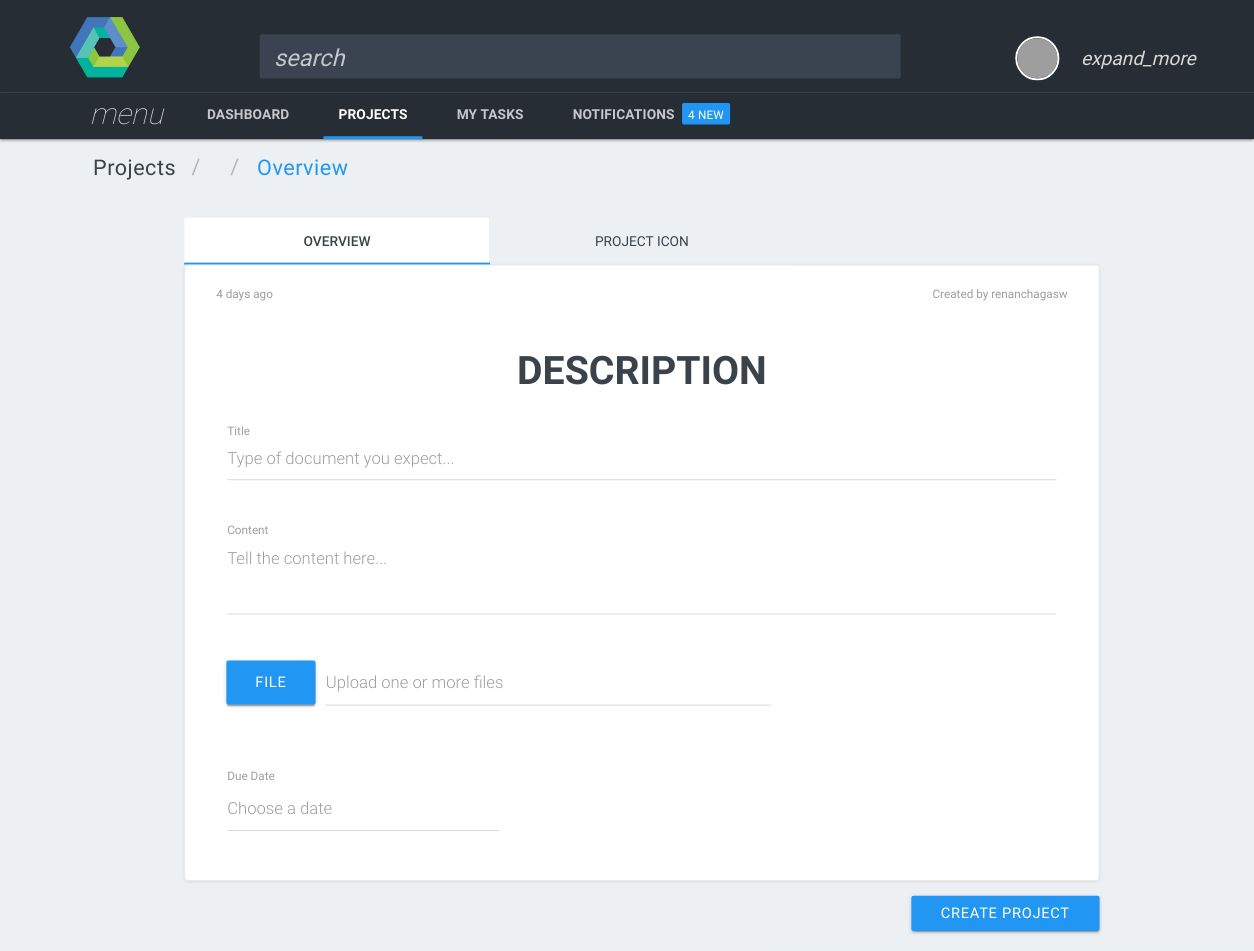
Repository: RenanChagas/ProjectManagement
Page: http://localhost/finalproject/WEB-INF/views/projectDetail.jsp
An editor plug-in stored every save of this project. The page is shown before and after the next save, followed by the edit.
The browser window is 1280 px wide. The pictures show the whole page, at 98% of full size.
Pictures or frames that could not be fetched are drawn as grey boxes. The page is served by Tomcat 9. Nobody is signed in. Other server files are loaded and not shown. The template is opened directly, without the code that normally fills it, so the values that code supplies are empty.

Above is the page before, as saved 2017-09-11 01:32:14.

### finalproject/src/main/webapp/WEB-INF/views/projectDetail.jsp
<%@ page language="java" contentType="text/html; charset=ISO-8859-1" pageEncoding="ISO-8859-1"%>
<%@ taglib prefix="c" uri="http://java.sun.com/jsp/jstl/core"%>
<%@ taglib prefix="form" uri="http://www.springframework.org/tags/form"%>
<%@ taglib prefix="t" uri="http://www.springframework.org/tags"%>
<%@ taglib prefix="fmt" uri="http://java.sun.com/jsp/jstl/fmt" %>

<!DOCTYPE html>
<html lang="en">
<head>
  <meta http-equiv="Content-Type" content="text/html; charset=UTF-8"/>
  <meta name="viewport" content="width=device-width, initial-scale=1, maximum-scale=1.0"/>
  <title>Project Management</title>

  <!-- CSS  -->
  <link href="https://fonts.googleapis.com/icon?family=Material+Icons" rel="stylesheet">
  <link type="text/css" rel="stylesheet" media="screen,projection" href="<c:url value='/static/css/materialize.css' />"/>
  <link type="text/css" rel="stylesheet" media="screen,projection" href="<c:url value='/static/css/custom-css.css' />"/>

  <!--  Scripts-->
  <script src="<c:url value="/static/js/jquery-2.1.1.min.js" />"></script>
  <script src="<c:url value="/static/js/materialize.js" />"></script>
  <script src="<c:url value="/static/js/menu.js" />"></script>

  <!-- Website Logo -->
  <link rel="icon" href="<c:url value="/static/images/default/logo.png"/>">

  <script type="text/javascript">
    $(document).ready(function() {

      $('.datepicker').pickadate({
        selectMonths: true, // Creates a dropdown to control month
        selectYears: 15, // Creates a dropdown of 15 years to control year,
        today: 'Today',
        clear: 'Clear',
        close: 'Ok',
        format: 'dd/mm/yyyy',
        closeOnSelect: false // Close upon selecting a date,
      });

      $('#textareaOverview').trigger('autoresize');

    });
  </script>

</head>
<body>

	<!-- NAV TOP  -->
	<nav id="logo_nav" class="MDC-navbar-style MDC-shadow-0 hide-on-small-and-down">
    	<div class="nav-wrapper MDC-nav-margin">
    		<!--  NAV CONTAINER -->
      		<div class="row MDC-nav-top-container ">

        	<!-- Logo -->
        	<div class="col s12 m3 l2">
          		<div class="MDC-nav-logo-position">
          			<img src="<c:url value="/static/images/default/logo.png"/>" class="MDC-nav-logo-size"/>
          		</div>
        	</div>

        	<!-- Search -->
        	<div class="col s12 m7 l7">
          		<div class="MDC-nav-search-position">
            	<form>
              		<div class="input-field">
                		<input id="search" type="search" class="MDC-nav-search-focus" required>
                		<label class="label-icon" for="search"><i class="material-icons MDC-nav-search-focus">search</i></label>
                  		<i class="material-icons MDC-nav-search-focus">close</i>
              		</div>
            	</form>
          		</div>
        	</div>

        	<!-- Avatar -->
        	<div class="col s12 m2 l3">
          		<div class="MDC-nav-account-position">
	            	<!-- Dropdown Trigger -->
	            	<a class="dropdown-button " data-beloworigin="true"
	               		href='#' data-activates='account-dropdown'>
	               		<div class="MDC-nav-account-option-position hide-on-med-and-down">
	                		 <i class="material-icons MDC-icon-small MDC-color-grey-light">expand_more</i>
	               		</div>
	               		<span class="MDC-login-text MDC-nav-account-text-position
	               					MDC-color-grey-light hide-on-med-and-down">
	                 	${user.username}
	               		</span>
	               		<img src="<c:url value="/static/images/avatar/${user.username}/${user.username}.png"/>"
	               				class="MDC-avatar-circle-small mdc-nav-avatar-position"/>
	            	</a>
	            	<!-- Dropdown Structure -->
	            	<ul id='account-dropdown' class='dropdown-content MDC-nav-account-dropdown-position'>
	              		<li><a id="profile" class="modal-trigger MDC-color-grey-dark-2 MDC-font-15" href="profile">Profile</a></li>
	              		<li><a class="MDC-color-grey-dark-2 MDC-font-15" href="#!">Report a Problem</a></li>
	              		<li class="divider"></li>
	              		<li><a class="MDC-color-grey-dark-2 MDC-font-15" href="logout">Logout</a></li>
	            	</ul>
          		</div>
        	</div>

			</div>
			<!--  NAV CONTAINER - END-->
		</div>
	</nav>
	<!-- NAV TOP - END -->

  <!-- NAV MENU  -->
  <div class="MDC-menu-fullWidth">
    <div class="MDC-shadow-bottom">
      <header class="MDC-shadow-bottom">
        <nav id="menu_nav" class="MDC-navbar-menu-size MDC-navbar-style MDC-shadow-0 MDC-nav-margin">
          <div class="nav-wrapper MDC-nav-margin MDC-left">
            <!-- MENU ROW -->
            <div class="row">
              <div class="col">
                <div class="MDC-nav-menu-container">

                  <ul id="nav-mobile" class="MDC-nav-menu-ul left left-align">
                    <a href="#" id="mobile-icon" onclick="openNav()" class="left MDC-padding-mobile-0
                    MDC-hover-none">
                      <i class="material-icons MDC-nav-tabs-icon MDC-color-grey-light">
                        menu
                      </i>
                    </a>
                    <li class="MDC-navbar-menu"><a href="dashboard">Dashboard</a></li>
                    <li class="MDC-navbar-menu"><a class="active MDC-navbar-active" href="projects">Projects</a></li>
                    <li class="MDC-navbar-menu"><a href="#!">My Tasks</a></li>
                    <li class="MDC-navbar-menu"><a  href="#!">Notifications
                      <span class="new badge MDC-notification-badge-style" data-badge-caption="">
                        <font class="MDC-font-weight-400">4 NEW</font>
                      </span>
                      </a>
                    </li>
                  </ul>
                  <div id="mySidenav" class="MDC-sidenav">
                    <a href="javascript:void(0)" class="MDC-closebtn" onclick="closeNav()">x</a>
                    <a href="#">About</a>
                    <a href="#">Services</a>
                    <a href="#">Clients</a>
                    <a href="#">Contact</a>
                  </div>

                </div>
              </div>
            </div>
            <!-- MENU ROW - END -->
          </div>
        </nav>
      </header>
    </div>
  </div>
  <!-- NAV MENU - END -->

<!-- TITLE PAGE -->
<div class="row  MDC-page-center MDC-page-container">
  <div class="col MDC-padding-0 left">
    <div class="MDC-page-title-size">
      <font class="MDC-h5-style MDC-color-grey-dark-2 MDC-display-inline">Projects</font>
      <font class="MDC-h5-style MDC-color-grey-light-2 MDC-display-inline MDC-relative
                   MDC-news-counterBar-position">/
      </font>
      <font class="MDC-h5-style MDC-color-grey-dark-2 MDC-display-inline">${project.projectName}</font>
      <font class="MDC-h5-style MDC-color-grey-light-2 MDC-display-inline MDC-relative
                   MDC-news-counterBar-position">/
      </font>
      <font class="MDC-h5-style MDC-color-blue MDC-display-inline">Overview</font>
    </div>
  </div>
</div>
<!-- TITLE PAGE-END-->

<!-- CONTAINER-->
<form:form id="projectCreate-form" method="POST" modelAttribute="project" class="form-horizontal">
<div class="MDC-page-center MDC-page-container MDC-margin-top40">
	<div class="row MDC-float-none">
     	<!-- CONTEUDO -->
        <div class="col l10 MDC-padding-0 MDC-page-center MDC-float-none">
        <!-- TABS -->
        	<ul id="tabs-swipe" class="tabs MDC-tabs-style MDC-background-color">
            	<li class="tab col s4 MDC-background-color-white MDC-display-flex">
                	<a class="active MDC-color-grey-dark-2 breadcrumb" href="#overview-tab">Overview</a>
                </li>
                <li class="tab col s4 MDC-background-color MDC-display-flex">
                    <a class="MDC-color-grey-dark-2 breadcrumb" href="#chooseIcon-tab">Project Icon</a>
                </li>
			</ul>
            <!-- TABS-END -->
            <!-- OVERVIEW TAB -->
           	<div id="overview-tab">
            	<!-- CARD TAB -->
              	<div class="col s12 MDC-card">
                	<div class="MDC-card-news-container">

                		<!-- User Information -->
                        <div class="row MDC-margin-bottom2">
                        	<div class="MDC-card-news-user-row">
                        		<div class="right MDC-font-12 MDC-color-grey MDC-margin-top10">Created by renanchagasw</div>
                            	<div class="left MDC-font-12 MDC-color-grey MDC-margin-top10">4 days ago</div>
                            </div>
                       	</div>

                		<!-- TAB TITLE -->
                        <div class="row MDC-margin-top40 center">
                        	<font class="MDC-font-40 MDC-font-bold MDC-color-grey-dark-2">DESCRIPTION</font>
                        </div>
                		<!-- Title -->
                        <div class="row">
                           	<div class="input-field col s12">
                            	<form:input id="input_text" placeholder="Type of document you expect..." type="text"
                                	path="projectName" data-length="20" class="MDC-border-grey-light MDC-font-17 MDC-color-grey-dark-2
                                   										MDC-font-weight-300"/>
                                <label for="input_text">Title</label>
                           </div>
                        </div>
                        <!-- Title-END-->
                        <!-- Description -->
                        <div class="row">
                        	<div class="input-field col s12">
                             	<form:textarea id="textareaOverview" placeholder="Tell the content here..."
                                	path="projectDesc"	class="materialize-textarea MDC-border-grey-light MDC-font-17 MDC-color-black
                                						MDC-font-weight-300"/>
                         		<label for="textareaOverview">Content</label>
                            </div>
                        </div>
                        <!-- Description-END-->
                        <!-- File Upload -->
                        <div class="file-field input-field MDC-margin-bottom40 MDC-margin-left10">
                        	<div class="btn waves-light blue MDC-form-text">
                            	<span>File</span>
                                <input type="file" multiple>
                            </div>
                            <div class="file-path-wrapper">
	                            <input class="file-path validate MDC-border-grey-light MDC-font-17 MDC-color-grey-dark-2
	                            	MDC-font-weight-300 MDC-maxSize-60perc"
	                            	type="text" placeholder="Upload one or more files">
                           	</div>
                    	</div>
                    	<!-- File Upload-END-->
                    	<!-- Due date -->
                        <div class="row MDC-margin-bottom30">
	                        <div class="col MDC-maxSize-300">
	                        	<label for="datepicker1">Due Date</label>
	                        		<form:input id="datepicker1" type="date" path="dueDate"
                                		placeholder="Choose a date" class="datepicker MDC-border-grey-light
                                		MDC-font-17 MDC-color-grey-dark-2 MDC-font-weight-300" />
	                        </div>
                        </div>
                        <!-- Due date-END-->
                	</div>
                </div>
                <!-- CARD TAB-END-->
			</div>
            <!-- OVERVIEW TAB-END -->

            <!-- CHOOSE ICON TAB -->
            <div id="chooseIcon-tab">
            	<!-- CARD TAB -->
                <div class="col s12 MDC-card">
                	<!-- CONTAINER -->
                	<div class="MDC-card-news-container MDC-margin-top40">
                    	<!-- CENTER ALIGN -->
                        <div class="MDC-center">
                        	<!-- ORANGE -->
                            <div class="row">
                            	<!-- IMAGE 1 -->
                                <div class="col MDC-margin-bottom30 MDC-margin-right20 MDC-margin-left20">
                                	<!-- Image -->
                                    <div class="center MDC-margin-top20">
                                    	<img src="<c:url value="/static/images/default/projects/web.png"/>"
                                 			class="MDC-avatar-circle-large MDC-shadow-default"/>
                    				</div>
                                    <div class="center MDC-margin-top20 MDC-projectIcon-radio-position">
                                    	<form:radiobutton path="icon" value="web" label="" class="with-gap" checked="checked"
                                    		name="projectIcon"/>
                                   	</div>
                           		</div>
                               	<!-- IMAGE 1-END-->
                               	<!-- IMAGE 2 -->
                                <div class="col MDC-margin-bottom30 MDC-margin-right20 MDC-margin-left20">
                                	<!-- Image -->
                                    <div class="center MDC-margin-top20">
                                    	<img src="<c:url value="/static/images/default/projects/presentation.png"/>"
                                        	class="MDC-avatar-circle-large MDC-shadow-default"/>
                                    </div>
                                    <div class="center MDC-margin-top20 MDC-projectIcon-radio-position">
                                    	<form:radiobutton path="icon" value="presentation" label="" class="with-gap" name="projectIcon"/>
                                    </div>
                           		</div>
                                <!-- IMAGE 2-END-->
                                <!-- IMAGE 3 -->
                                <div class="col MDC-margin-bottom30 MDC-margin-right20 MDC-margin-left20">
                                	<!-- Image -->
                                    <div class="center MDC-margin-top20">
                                    	<img src="<c:url value="/static/images/default/projects/monitor.png"/>"
                                        	class="MDC-avatar-circle-large MDC-shadow-default"/>
                                    </div>
                                    <div class="center MDC-margin-top20 MDC-projectIcon-radio-position">
                                    	<form:radiobutton path="icon" value="monitor" label="" class="with-gap" name="projectIcon"/>
                                    </div>
                           		</div>
                                <!-- IMAGE 3-END-->
                      		</div>
                      		<!-- ORANGE-END-->
                        </div>
                        <!-- CENTER ALIGN-END -->
                        <!-- CENTER ALIGN -->
                        <div class="MDC-center">
                        	<!-- BLUE -->
                            <div class="row">
                            	<!-- IMAGE 1 -->
                                <div class="col MDC-margin-bottom30 MDC-margin-right20 MDC-margin-left20">
                                	<!-- Image -->
                                    <div class="center MDC-margin-top20">
                                    	<img src="<c:url value="/static/images/default/projects/diagram.png"/>"
                                 			class="MDC-avatar-circle-large MDC-shadow-default"/>
                    				</div>
                                    <div class="center MDC-margin-top20 MDC-projectIcon-radio-position">
                                    	<form:radiobutton path="icon" value="diagram" label="" class="with-gap" name="projectIcon"/>
                                   	</div>
                           		</div>
                               	<!-- IMAGE 1-END-->
                               	<!-- IMAGE 2 -->
                                <div class="col MDC-margin-bottom30 MDC-margin-right20 MDC-margin-left20">
                                	<!-- Image -->
                                    <div class="center MDC-margin-top20">
                                    	<img src="<c:url value="/static/images/default/projects/checklist.png"/>"
                                        	class="MDC-avatar-circle-large MDC-shadow-default"/>
                                    </div>
                                    <div class="center MDC-margin-top20 MDC-projectIcon-radio-position">
                                    	<form:radiobutton path="icon" value="checklist" label="" class="with-gap" name="projectIcon"/>
                                    </div>
                           		</div>
                                <!-- IMAGE 2-END-->
                                <!-- IMAGE 3 -->
                                <div class="col MDC-margin-bottom30 MDC-margin-right20 MDC-margin-left20">
                                	<!-- Image -->
                                    <div class="center MDC-margin-top20">
                                    	<img src="<c:url value="/static/images/default/projects/checklist-2.png"/>"
                                        	class="MDC-avatar-circle-large MDC-shadow-default"/>
                                    </div>
                                    <div class="center MDC-margin-top20 MDC-projectIcon-radio-position">
                                    	<form:radiobutton path="icon" value="checklist-2" label="" class="with-gap" name="projectIcon"/>
                                    </div>
                           		</div>
                                <!-- IMAGE 3-END-->
                      		</div>
                      		<!-- BLUE-END-->
                        </div>
                        <!-- CENTER ALIGN-END -->
                        <!-- CENTER ALIGN -->
                        <div class="MDC-center">
                        	<!-- GREEN -->
                            <div class="row">
                            	<!-- IMAGE 1 -->
                                <div class="col MDC-margin-bottom30 MDC-margin-right20 MDC-margin-left20">
                                	<!-- Image -->
                                    <div class="center MDC-margin-top20">
                                    	<img src="<c:url value="/static/images/default/projects/document.png"/>"
                                 			class="MDC-avatar-circle-large MDC-shadow-default"/>
                    				</div>
                                    <div class="center MDC-margin-top20 MDC-projectIcon-radio-position">
                                    	<form:radiobutton path="icon" value="document" label="" class="with-gap" name="projectIcon"/>
                                   	</div>
                           		</div>
                               	<!-- IMAGE 1-END-->
                               	<!-- IMAGE 2 -->
                                <div class="col MDC-margin-bottom30 MDC-margin-right20 MDC-margin-left20">
                                	<!-- Image -->
                                    <div class="center MDC-margin-top20">
                                    	<img src="<c:url value="/static/images/default/projects/browser.png"/>"
                                        	class="MDC-avatar-circle-large MDC-shadow-default"/>
                                    </div>
                                    <div class="center MDC-margin-top20 MDC-projectIcon-radio-position">
                                    	<form:radiobutton path="icon" value="browser" label="" class="with-gap" name="projectIcon"/>
                                    </div>
                           		</div>
                                <!-- IMAGE 2-END-->
                                <!-- IMAGE 3 -->
                                <div class="col MDC-margin-bottom30 MDC-margin-right20 MDC-margin-left20">
                                	<!-- Image -->
                                    <div class="center MDC-margin-top20">
                                    	<img src="<c:url value="/static/images/default/projects/computer.png"/>"
                                        	class="MDC-avatar-circle-large MDC-shadow-default"/>
                                    </div>
                                    <div class="center MDC-margin-top20 MDC-projectIcon-radio-position">
                                    	<form:radiobutton path="icon" value="computer" label="" class="with-gap" name="projectIcon"/>
                                    </div>
                           		</div>
                                <!-- IMAGE 3-END-->
                      		</div>
                      		<!-- GREEN-END-->
                        </div>
                        <!-- CENTER ALIGN-END -->
					</div>
					<!-- CONTAINER-END -->
				</div>
				<!-- CARD TAB-END-->
			</div>
			<button id="salvar" type="submit" class="btn waves-effect waves-light
	        blue MDC-form-text right" name="action">
	        Create Project
	        </button>
            <!-- CHOOSE ICON TAB-END-->
        </div>
        <!-- CONTEUDO -->
	</div>
</div>
</form:form>

</body>
</html>

Loaded but not shown: finalproject/src/main/webapp/static/css/materialize.css (library); finalproject/src/main/webapp/static/js/jquery-2.1.1.min.js (library); finalproject/src/main/webapp/static/js/materialize.js (library); finalproject/src/main/webapp/static/js/menu.js (49 lines, source omitted); finalproject/src/main/webapp/static/css/custom-css.css (1593 lines, source omitted)

After the next save:
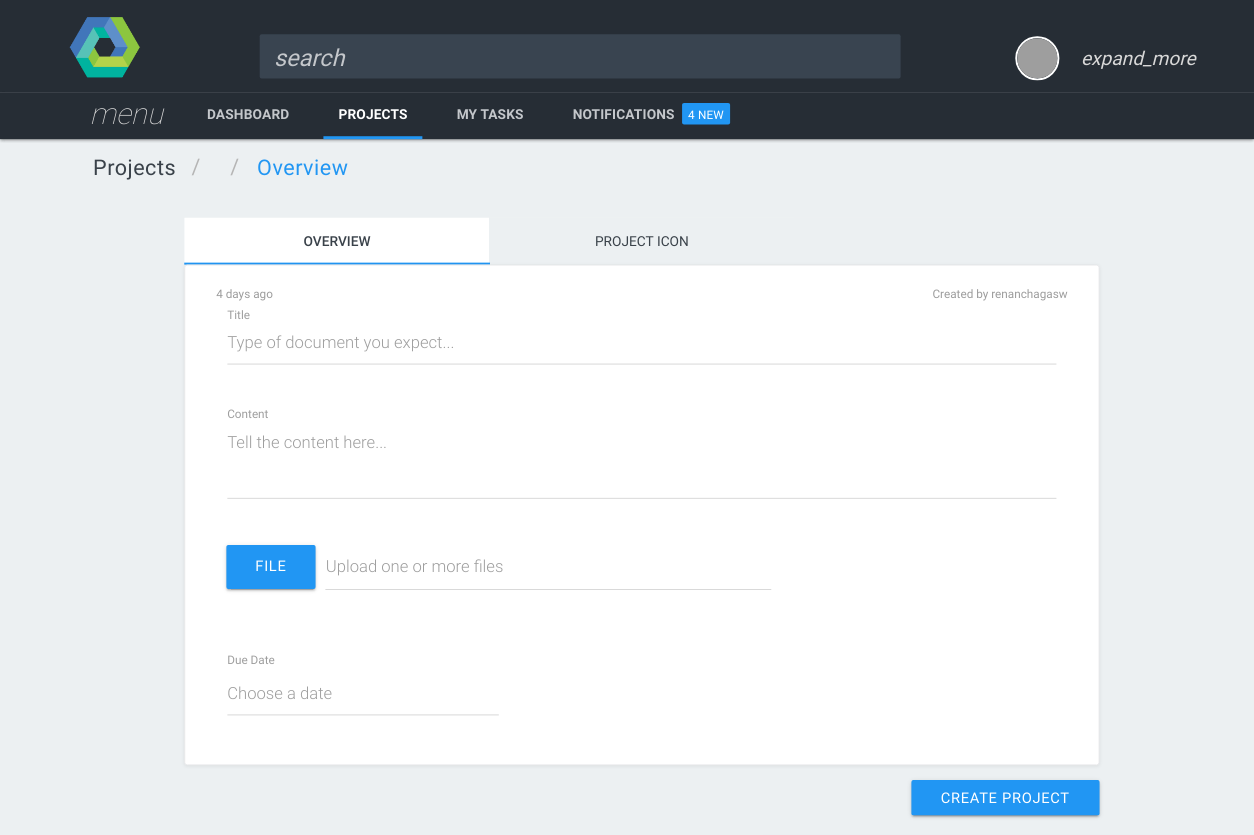
Saved 46 s later.
--- a/finalproject/src/main/webapp/WEB-INF/views/projectDetail.jsp
+++ b/finalproject/src/main/webapp/WEB-INF/views/projectDetail.jsp
@@ -198,10 +198,7 @@
                             </div>
                        	</div>
 
-                		<!-- TAB TITLE -->
-                        <div class="row MDC-margin-top40 center">
-                        	<font class="MDC-font-40 MDC-font-bold MDC-color-grey-dark-2">DESCRIPTION</font>
-                        </div>
+
                 		<!-- Title -->
                         <div class="row">
                            	<div class="input-field col s12">
